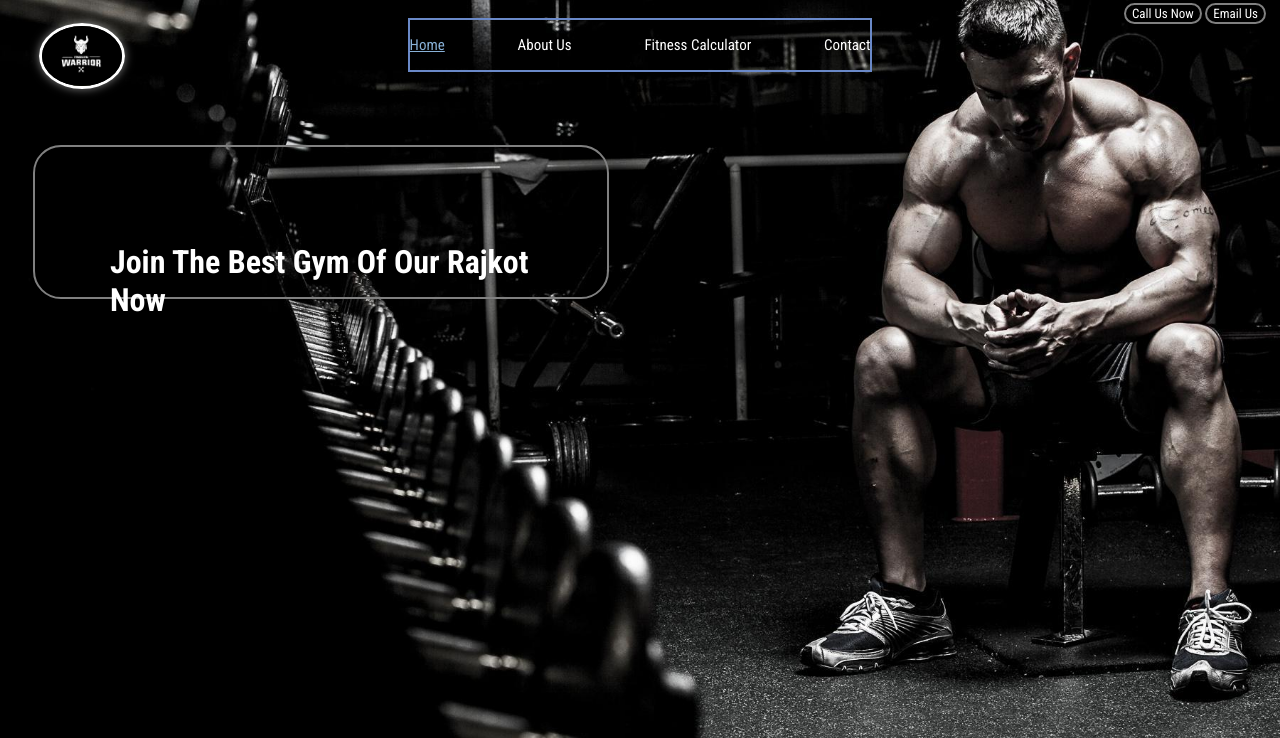
Repository: asthaasquare/project-1
Page: project-1/index.html
These files come from the project's save history. The page is drawn as it stood at one moment and after the next save; the edit follows.
The browser window is 1280 px wide. The pictures show the whole page.
Some web fonts or font styles are not loaded; a fallback is used.

Above is the page before, as saved 2024-05-09 17:30:15.

After the next save:
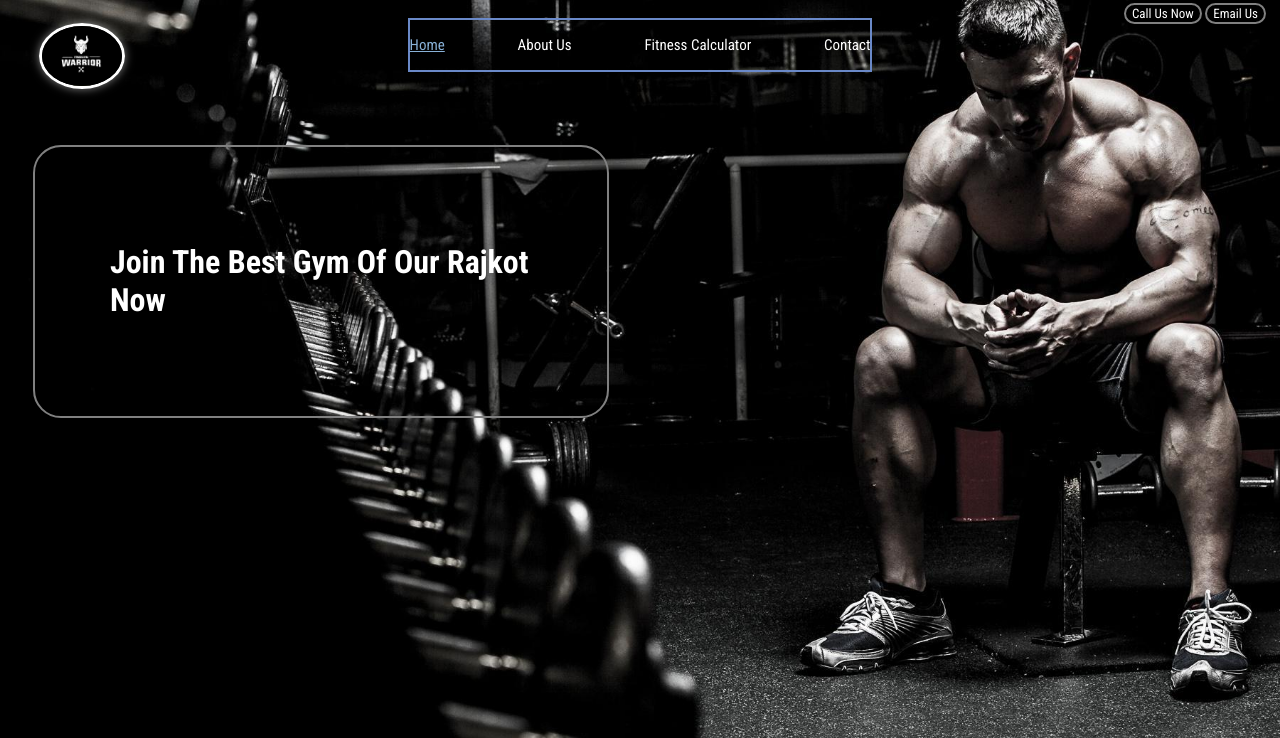
Saved 2 min 50 s later.
--- a/project-1/index.html
+++ b/project-1/index.html
@@ -99,6 +99,7 @@
       margin: 73px 33px;
       padding: 75px;
       width: 33%;
+      hei
       height: 0px;
       border-radius: 28px;
     }

After the save that followed:
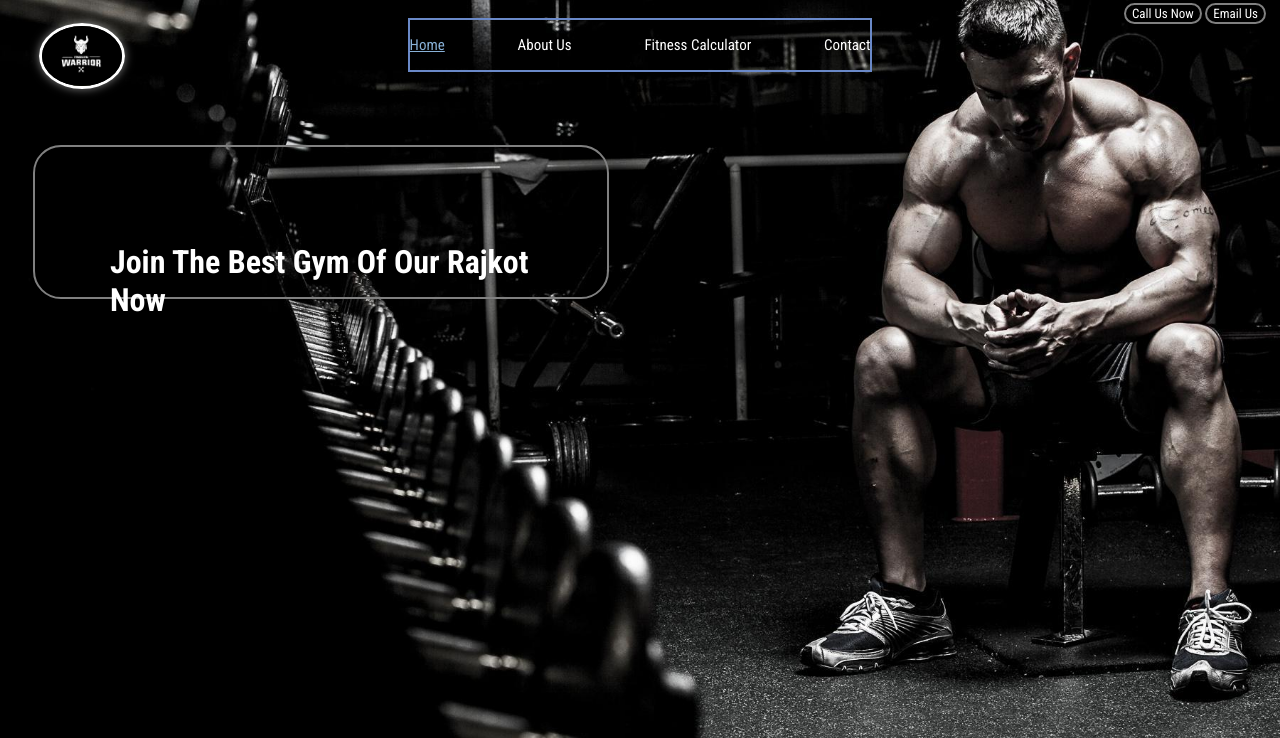
Saved 5 s later.
--- a/project-1/index.html
+++ b/project-1/index.html
@@ -99,7 +99,7 @@
       margin: 73px 33px;
       padding: 75px;
       width: 33%;
-      hei
+
       height: 0px;
       border-radius: 28px;
     }
